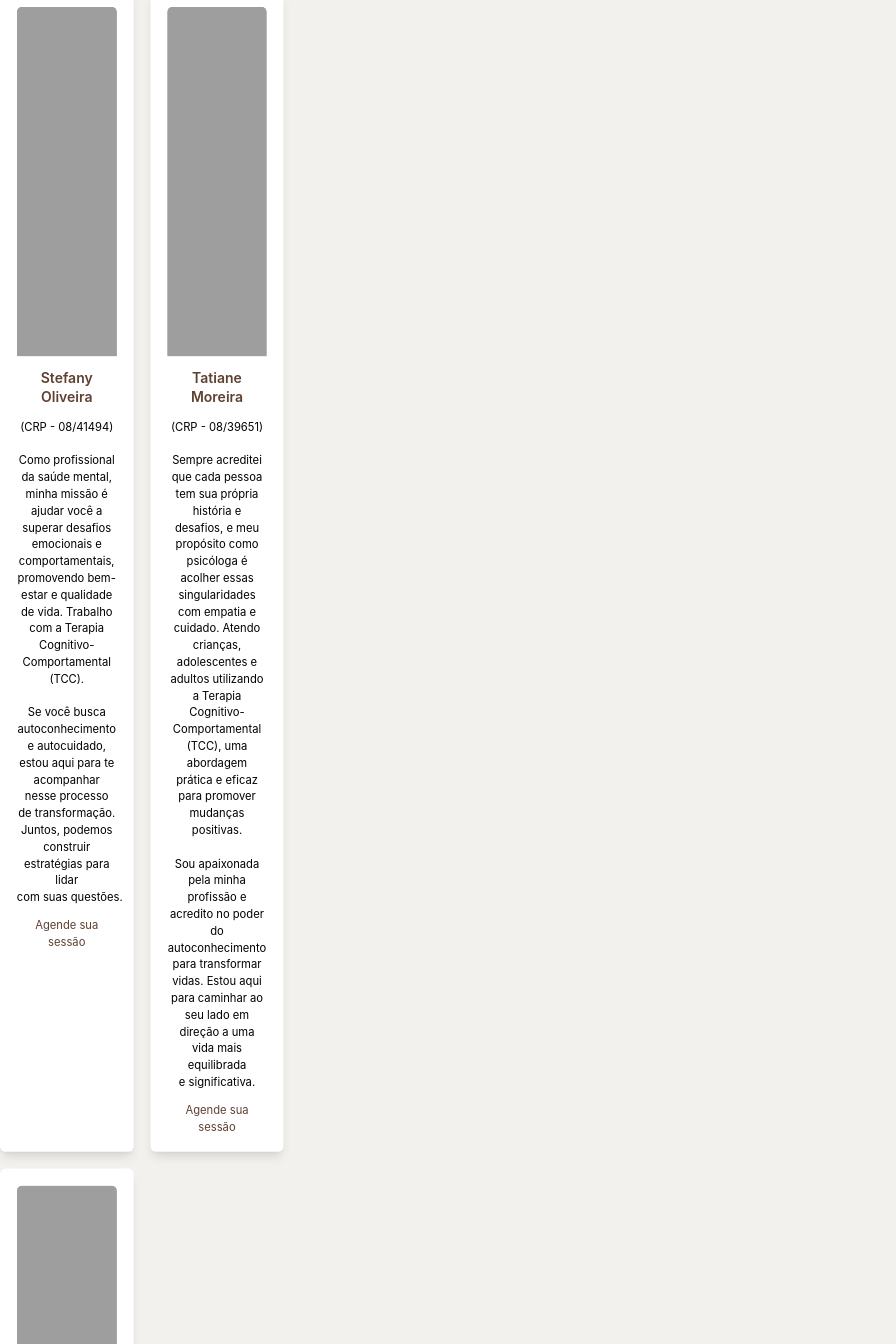
Repository: Mcervelheri/Nous
Page: /
An editor plug-in stored every save of this project. The page is shown before and after the next save, followed by the edit.
The browser window is 1280 px wide. The pictures show the part of the page from y = 1638 to 3558 px (the page is 5272 px tall before and 4752 px after), at 70% of full size.
Pictures or frames that could not be fetched are drawn as grey boxes. The project was rebuilt for these pictures with package versions that can differ from the ones it lists, and the page was loaded fresh each time. Also part of the build but not shown: vite.config.js.

Above is the page before, as saved 2025-02-19 22:35:55.

### index.html
<!DOCTYPE html>
<html lang="en">
  <head>
    <meta charset="UTF-8" />
    <link rel="icon" type="image/svg+xml" href="/src/assets/logos/NOUS.png" />
    <meta name="viewport" content="width=device-width, initial-scale=1.0" />
    <title>Clínica NOUS</title>
  </head>
  <body>
    <div id="root"></div>
    <script type="module" src="/src/main.jsx"></script>
  </body>
</html>

### src/index.css
* {
  margin: 0;
  padding: 0;
  box-sizing: border-box;
}

@media (min-width: 768px) {
  .menu {
    display: flex !important;
  }

  .img_meninas {
    height: 500px;
  }
}

@media (max-width: 768px) {
  .img_meninas {
    height: 500px;
  }

  .inicio {
    flex-direction: column;
  }
}

@media (max-width: 570px) {
  .inicio p {
    text-align: center;
    font-size: 14px;
  }
}

html,
body {
  height: 100%;
  margin: 0;
  padding: 0;
}

#root {
  min-height: 100%;
  display: flex;
  flex-direction: column;
}

main {
  flex: 1;
  padding-bottom: 100px;
  /* Espaço suficiente para o footer */
}

footer {
  flex-shrink: 0;
  /* Isso impede que o footer encolha */
}

body {
  margin: 0;
  font-family: -apple-system, BlinkMacSystemFont, "Segoe UI", "Roboto", "Oxygen",
    "Ubuntu", "Cantarell", "Fira Sans", "Droid Sans", "Helvetica Neue",
    sans-serif;
  -webkit-font-smoothing: antialiased;
  -moz-osx-font-smoothing: grayscale;
}

code {
  font-family: source-code-pro, Menlo, Monaco, Consolas, "Courier New",
    monospace;
}

.map-container {
  height: 100%;
  width: 100%;
}

@tailwind base;
@tailwind components;
@tailwind utilities;

### src/components/Header.jsx
import "react";
import { useState } from "react";
import NavLogo from "./NavLogo";
import HamburgerButton from "./HamburgerButton.jsx";
import NavLinks from "./NavLinks";
import logoNous from "/src/assets/logos/logo-nous.png";

const Header = () => {
  const [isOpen, setIsOpen] = useState(false);

  return (
    <nav className="bg-white w-full">
      <div className="max-w-7xl mx-auto px-4 sm:px-6 lg:px-8">
        <div className="flex justify-between items-center h-16">
          <NavLogo logoSrc={logoNous} alt="Logo NOUS" />
          <HamburgerButton isOpen={isOpen} onClick={() => setIsOpen(!isOpen)} />
          <NavLinks isOpen={isOpen} />
        </div>
      </div>
    </nav>
  );
};

export default Header;

### src/components/Main.jsx
import "react";
import Home from "./Home";
import About from "./About";
import Informations from "./Informations";
import Professionals from "./Professionals";

const Main = () => {
  return (
    <>
      <Home />
      <About />
      <Informations />
      <Professionals />
    </>
  );
};

export default Main;

### src/components/NavLogo.jsx
import React from "react";

const NavLogo = ({ logoSrc, alt }) => (
  <div>
    <a href="#inicio">
      <img src={logoSrc} alt={alt} className="h-16" />
    </a>
  </div>
);

export default NavLogo;

### src/components/HamburgerButton.jsx
import React from "react";

const HamburgerButton = ({ isOpen, onClick }) => (
  <button
    className="md:hidden text-[#5e4031] focus:outline-none shadow-md p-2"
    onClick={onClick}
  >
    <svg
      className="w-6 h-6"
      xmlns="http://www.w3.org/2000/svg"
      fill="none"
      viewBox="0 0 24 24"
      stroke="currentColor"
    >
      <path
        strokeLinecap="round"
        strokeLinejoin="round"
        strokeWidth={2}
        d={!isOpen ? "M4 6h16M4 12h16M4 18h16" : "M6 18L18 6M6 6l12 12"}
      />
    </svg>
  </button>
);

export default HamburgerButton;

### src/components/NavLinks.jsx
import React from "react";
import NavLink from "./NavLink";

const NavLinks = ({ isOpen }) => {
  const links = [
    { href: "#inicio", label: "Início" },
    { href: "#sobre", label: "Sobre" },
    { href: "#profissionais", label: "Profissionais" },
    { href: "#missao", label: "Missão" },
    { href: "#contato", label: "Agende", isButton: true },
  ];

  return (
    <div
      className={`${
        isOpen ? "absolute top-16 right-0 bg-white shadow-md z-10" : "hidden"
      } md:flex md:items-center md:space-x-6 menu`}
    >
      {links.map((link) => (
        <NavLink key={link.href} href={link.href} isButton={link.isButton}>
          {link.label}
        </NavLink>
      ))}
    </div>
  );
};

export default NavLinks;

### src/components/Home.jsx
import "react";
import logoGrande from "/src/assets/logos/logo-nous-grande.png";

const Home = () => {
  return (
    <div id="inicio" className="relative h-screen">
      <div className="inicio fixed inset-0 flex items-center bg-[#bb947e] justify-center z-10 pointer-events-none">
        <div className="max-w-xl">
          <img src={logoGrande} alt="NOUS " className="img_inicio object-fit" />
        </div>
        <p className="text-xl max-w-2xl text-black mx-auto">
          Reconheça, compreenda, transforme-se.
        </p>
      </div>
    </div>
  );
};

export default Home;

### src/components/About.jsx
import React from "react";

const Sobre = () => {
  return (
    <div id="sobre" className="relative bg-[#f3f1ed] py-16 z-20">
      <div className="container mx-auto text-center">
        <h2 className="text-3xl font-bold mb-6 text-[#5e4031]">
          NOUS: Significado
        </h2>
        <p className="max-w-2xl mx-auto text-lg">
          O nome Nous vem do grego antigo e significa “mente”, “inteligência” ou
          “razão”. Na filosofia grega, Nous é a razão divina que governa o
          universo, trazendo ordem e harmonia ao cosmos. Para nós, esse conceito
          simboliza a importância do autoconhecimento e da inteligência
          emocional no cuidado com a saúde mental.
          <br></br>
          <br></br>
          Em nossa clínica, Nous representa nossa missão de cuidar da mente e
          promover o equilíbrio através da razão e do entendimento profundo dos
          sentimentos e pensamentos.
        </p>
      </div>
    </div>
  );
};

export default Sobre;

### src/components/Informations.jsx
import React from "react";

const Information = () => {
  return (
    <div id="Informacoes" className="relative bg-[#f3f1ed] py-6 z-20">
      <div className="container mx-auto text-center">
        <h2 className="text-3xl font-bold mb-6 text-[#5e4031]">
          Publico atendido
        </h2>
        <p className="max-w-2xl mx-auto text-lg">
          Crianças, adolescentes e adultos.
        </p>
        <br></br>
        <h2 className="text-3xl font-bold mb-6 text-[#5e4031]">Horários</h2>
        <p>Segunda-feira à sexta 08:00 às 20:00</p>
        <p>Sabado das 08:00 às 12:00</p>
      </div>
    </div>
  );
};

export default Information;

### src/components/Professionals.jsx
import React from "react";
import { ProfessionalsList } from "./ProfessionalsList";

const Professionals = () => {
  return (
    <>
      <div id="profissionais" className="relative bg-[#f3f1ed] py-16 z-20">
        <div className="container mx-auto text-center">
          <h2 className="text-3xl font-bold mb-8 text-[#5e4031]">
            Profissionais
          </h2>
          <div className="grid sm:grid-cols-1 md:grid-cols-3 gap-8">
            <ProfessionalsList />
          </div>
        </div>
      </div>
    </>
  );
};

export default Professionals;

### src/components/NavLink.jsx
import React from "react";

const NavLink = ({ href, children, isButton }) => {
  const baseClasses = "block px-4 py-2";
  const regularClasses = `${baseClasses} md:px-0 hover:text-[#bb947e]`;
  const buttonClasses = `${baseClasses} bg-[#bb947e] text-white px-4 py-2 rounded hover:bg-[#c79165]`;

  return (
    <a href={href} className={isButton ? buttonClasses : regularClasses}>
      {children}
    </a>
  );
};
export default NavLink;

### src/components/ProfessionalsList.jsx
import React from "react";
import Professional from "./Professional";
import stefanyImg from "/src/assets/Professionals/Stefany.jpg";
import tatianeImg from "/src/assets/Professionals/Tatiane.jpg";
import ketholyImg from "/src/assets/Professionals/Ketholy.jpg";

const professionalsData = [
  {
    img: { stefanyImg },
    name: "Stefany Oliveira",
    crp: "08/41494",
    text1:
      "Como profissional da saúde mental, minha missão é ajudar você a superar desafios emocionais e comportamentais, promovendo bem-estar e qualidade de vida. Trabalho com a Terapia Cognitivo-Comportamental (TCC).",
    text2:
      "Se você busca autoconhecimento e autocuidado, estou aqui para te acompanhar nesse processo de transformação. Juntos, podemos construir estratégias para lidar com suas questões.",
  },
  {
    img: { tatianeImg },
    name: "Tatiane Moreira",
    crp: "08/39651",
    text1:
      "Sempre acreditei que cada pessoa tem sua própria história e desafios, e meu propósito como psicóloga é acolher essas singularidades com empatia e cuidado. Atendo crianças, adolescentes e adultos utilizando a Terapia Cognitivo-Comportamental (TCC), uma abordagem prática e eficaz para promover mudanças positivas.",
    text2:
      "Sou apaixonada pela minha profissão e acredito no poder do autoconhecimento para transformar vidas. Estou aqui para caminhar ao seu lado em direção a uma vida mais equilibrada e significativa.",
  },
  {
    img: { ketholyImg },
    name: "Kétholy Cervelheri",
    crp: "08/38408",
    text1:
      "A psicologia foi um verdadeiro divisor de águas na minha vida. Sempre me fascinou compreender o funcionamento humano, mas foi ao tocar e acolher almas humanas que me apaixonei profundamente pela profissão. Meu papel vai além de ouvir — estou aqui para te ajudar a enfrentar seus desafios com mais consciência, segurança e ferramentas práticas que façam sentido para a sua realidade.",
    text2:
      "Acredito que o cuidado psicológico é único e transformador, capaz de promover mudanças genuínas na forma como nos relacionamos conosco e com o mundo ao nosso redor. Juntos, podemos trabalhar para que você alcance uma vida mais leve, equilibrada e alinhada aos seus valores e objetivos.",
  },
];

export const ProfessionalsList = () => {
  return (
    <div className="grid grid-cols-1 md:grid-cols-2 gap-6">
      {professionalsData.map((professional, index) => (
        <Professional key={index} {...professional} />
      ))}
    </div>
  );
};

### src/components/Professional.jsx
import React from "react";

const Professional = ({ img, name, crp, text1, text2 }) => {
  return (
    <div className="bg-white shadow-lg rounded-lg p-6">
      <div>
        <img
          src={img}
          alt={name}
          className="w-full img_meninas object-cover object-top rounded-t-lg"
        />
      </div>
      <h3 className="text-xl font-semibold my-4 text-[#5e4031]">{name}</h3>
      <p className="mb-4">
        (CRP - {crp})<br></br>
        <br></br>
        {text1}
        <br></br>
        <br></br>
        {text2}
      </p>
      <a href="#contato" className="text-[#5e4031] hover:underline">
        Agende sua sessão
      </a>
    </div>
  );
};

export default Professional;

Loaded but not shown: src/main.jsx (common file); src/App.jsx (common file); tailwind.config.js (common file)

After the next save:
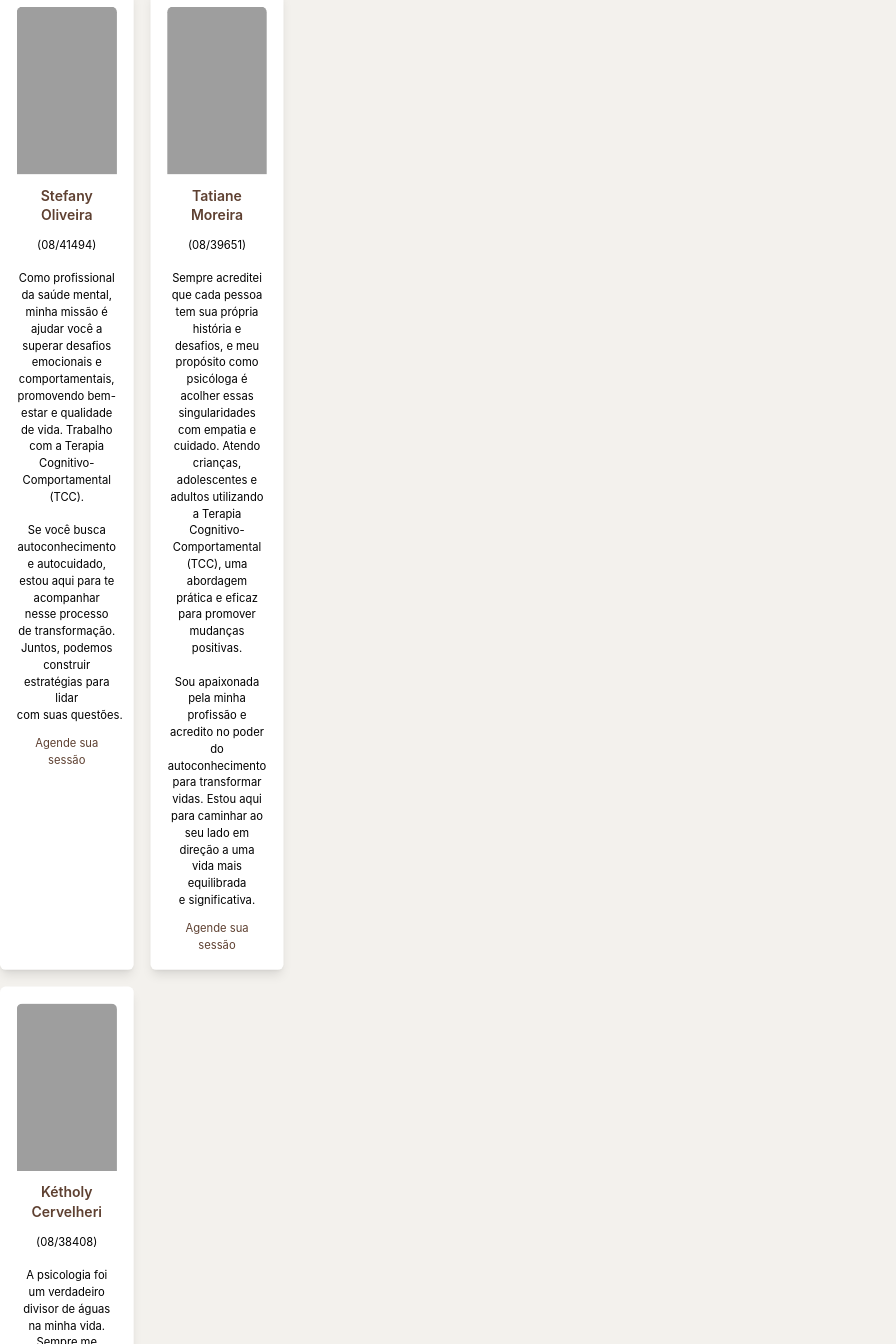
Saved 3 min 14 s later.
--- a/src/components/Professional.jsx
+++ b/src/components/Professional.jsx
@@ -7,16 +7,17 @@ const Professional = ({ img, name, crp, text1, text2 }) => {
         <img
           src={img}
           alt={name}
-          className="w-full img_meninas object-cover object-top rounded-t-lg"
+          className="w-full h-60 object-cover object-top rounded-t-lg"
         />
       </div>
       <h3 className="text-xl font-semibold my-4 text-[#5e4031]">{name}</h3>
       <p className="mb-4">
-        (CRP - {crp})<br></br>
-        <br></br>
+        ({crp})
+        <br />
+        <br />
         {text1}
-        <br></br>
-        <br></br>
+        <br />
+        <br />
         {text2}
       </p>
       <a href="#contato" className="text-[#5e4031] hover:underline">
